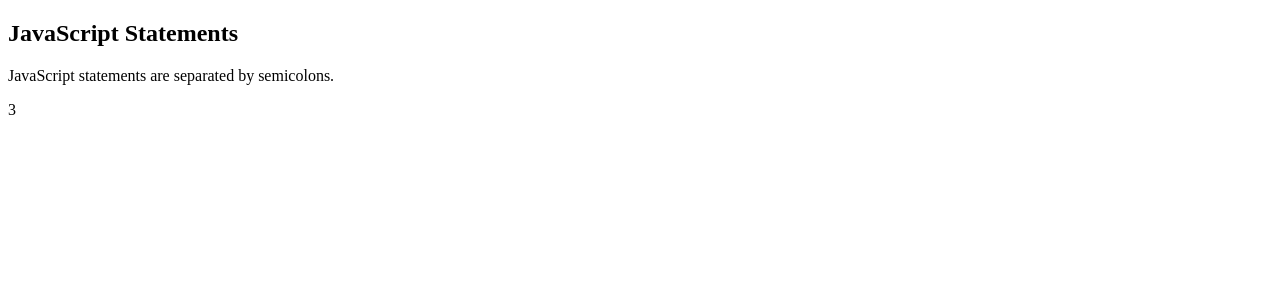
Repository: Ganesh281996/Ganesh
Page: BasicHtml/WebContent/Test1.html
An editor plug-in stored every save of this project. The page is shown before and after the next save, followed by the edit.
The browser window is 1280 px wide. The pictures show the whole page.

Above is the page before, as saved 2018-03-27 11:28:49.

After the next save:
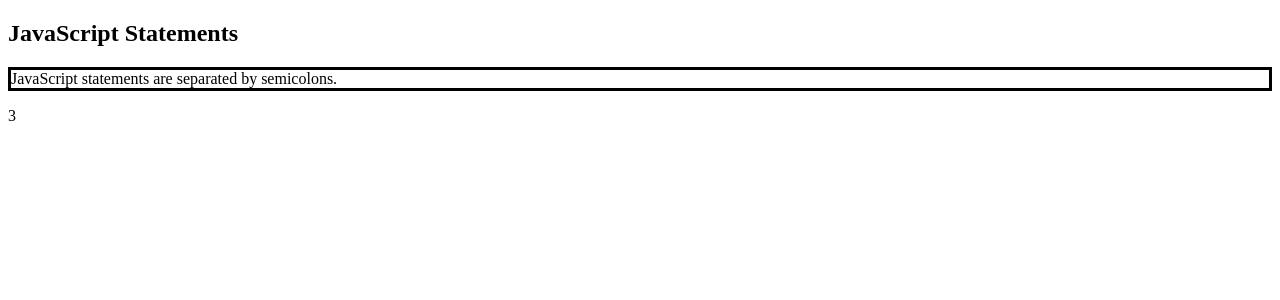
Saved 18 s later.
--- a/BasicHtml/WebContent/Test1.html
+++ b/BasicHtml/WebContent/Test1.html
@@ -4,7 +4,7 @@
 
 <h2>JavaScript Statements</h2>
 
-<p align="left" style="border: thin;">JavaScript statements are separated by semicolons.</p>
+<p align="left" style="border: solid;;">JavaScript statements are separated by semicolons.</p>
 
 <p id="demo1"></p>
 
